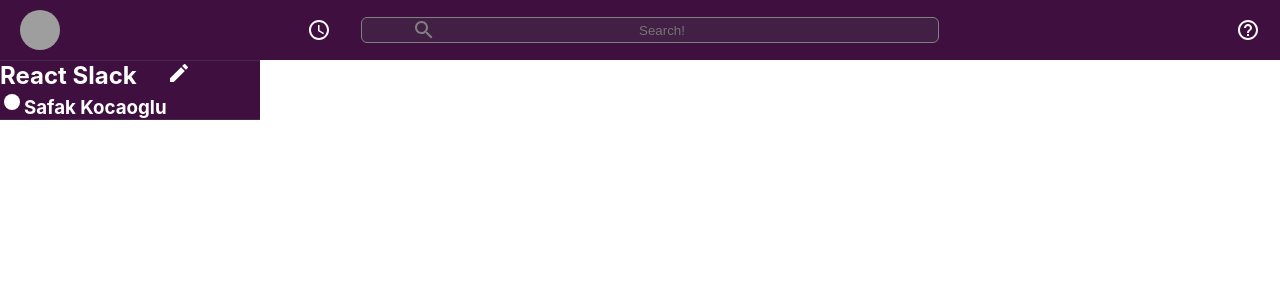
Repository: mminhaz93/React-Slack-Clone
Page: /
The author's editor kept a copy of each file at every save. The page is drawn from the files as they stood at one save, then again after the next save.
The browser window is 1280 px wide. The pictures show the whole page.
Pictures or frames that could not be fetched are drawn as grey boxes. The project was rebuilt for these pictures with package versions that can differ from the ones it lists, and the page was loaded fresh each time.

Above is the page before, as saved 2020-08-13 21:00:10.

### src/index.css
* {
  margin: 0;
}

body {
  margin: 0;
  font-family: -apple-system, BlinkMacSystemFont, 'Segoe UI', 'Roboto', 'Oxygen',
    'Ubuntu', 'Cantarell', 'Fira Sans', 'Droid Sans', 'Helvetica Neue',
    sans-serif;
  -webkit-font-smoothing: antialiased;
  -moz-osx-font-smoothing: grayscale;
}

code {
  font-family: source-code-pro, Menlo, Monaco, Consolas, 'Courier New',
    monospace;
}

### src/App.js
import React from 'react';
import './App.css';
import Header from "./components/Header"
import Sidebar from "./components/Sidebar"

function App() {
  return (
    <div className="App">
      <Header />
      <div className="appBody">
        <Sidebar />
      </div>
    </div>
  );
}

export default App;

### src/components/Header.js
import React from "react";
import "./Header.css";
import { Avatar } from "@material-ui/core";
import { AccessTime, Search, HelpOutline } from "@material-ui/icons";

const Header = () => {
  return (
    <div className="header">
      <div className="headerLeft">
        <Avatar className="headerAvatar" alt="Safak" src="safak" />
        <AccessTime />
      </div>
      <div className="headerSearch">
        <Search />
        <input placeholder="Search!" />
      </div>
      <div className="headerRight">
        <HelpOutline />
      </div>
    </div>
  );
};

export default Header;

### src/components/Sidebar.js
import React from "react";
import "./Sidebar.css";
import { FiberManualRecord, Create } from "@material-ui/icons";

const Sidebar = () => {
  return (
    <div className="sidebar">
      <div className="sidebarHeader">
        <div className="sidebarInfo">
          <h2>React Slack</h2>
          <h3>
            <FiberManualRecord />
            Safak Kocaoglu
          </h3>
        </div>
        <Create/>
      </div>
    </div>
  );
};

export default Sidebar;

### src/components/Header.css
.header {
  display: flex;
  align-items: center;
  justify-content: space-between;
  padding: 10px 0;
  background-color: var(--slack-color);
  color: white;
}

.headerLeft {
  flex: 0.3;
  display: flex;
  align-items: center;
  margin-left: 20px;
}

.headerLeft > .MuiSvgIcon-root {
  margin-left: auto;
  margin-right: 30px;
}

.headerSearch {
  flex: 0.4;
  background-color: #421f44;
  text-align: center;
  display: flex;
  padding: 0 50px;
  color: gray;
  border: 1px solid gray;
  border-radius: 6px;
}

.headerSearch > input {
  background-color: transparent;
  border: none;
  text-align: center;
  min-width: 35vw;
}

.headerRight {
  flex: 0.3;
  display: flex;
  align-items: flex-end;
}

.headerRight > .MuiSvgIcon-root {
    margin-left: auto;
    margin-right: 20px;
  }

### src/components/Sidebar.css
.sidebar {
  background-color: var(--slack-color);
  border-top: 1px solid #49274b;
  max-width: 260px;
  color: white;
}

.sidebarHeader {
  display: flex;
  border-bottom: 1px solid #49274b;
}

Loaded but not shown: public/index.html (common file); src/index.js (common file); src/serviceWorker.js (common file); src/App.css (common file)

After the next save:
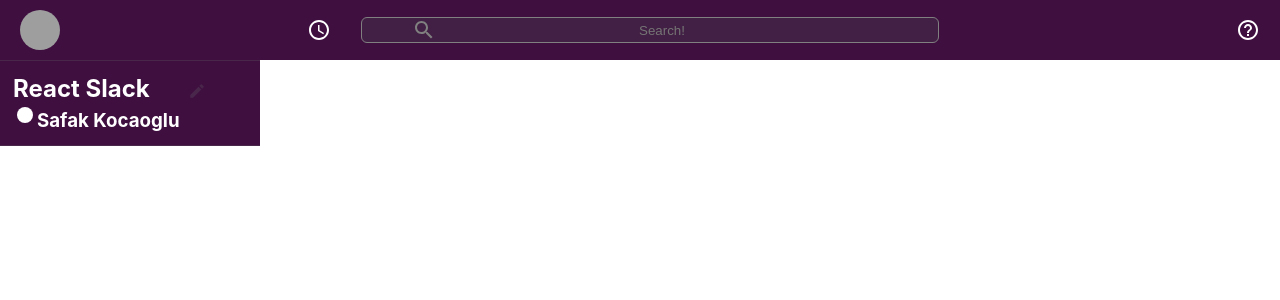
Saved 84 s later.
--- a/src/components/Sidebar.css
+++ b/src/components/Sidebar.css
@@ -8,4 +8,12 @@
 .sidebarHeader {
   display: flex;
   border-bottom: 1px solid #49274b;
+  padding-bottom: 10px;
+  padding: 13px;
 }
+
+.sidebarHeader > .MuiSvgIcon-root {
+  padding: 8px;
+  color: #49274b;
+  font-size: 18px;
+}
